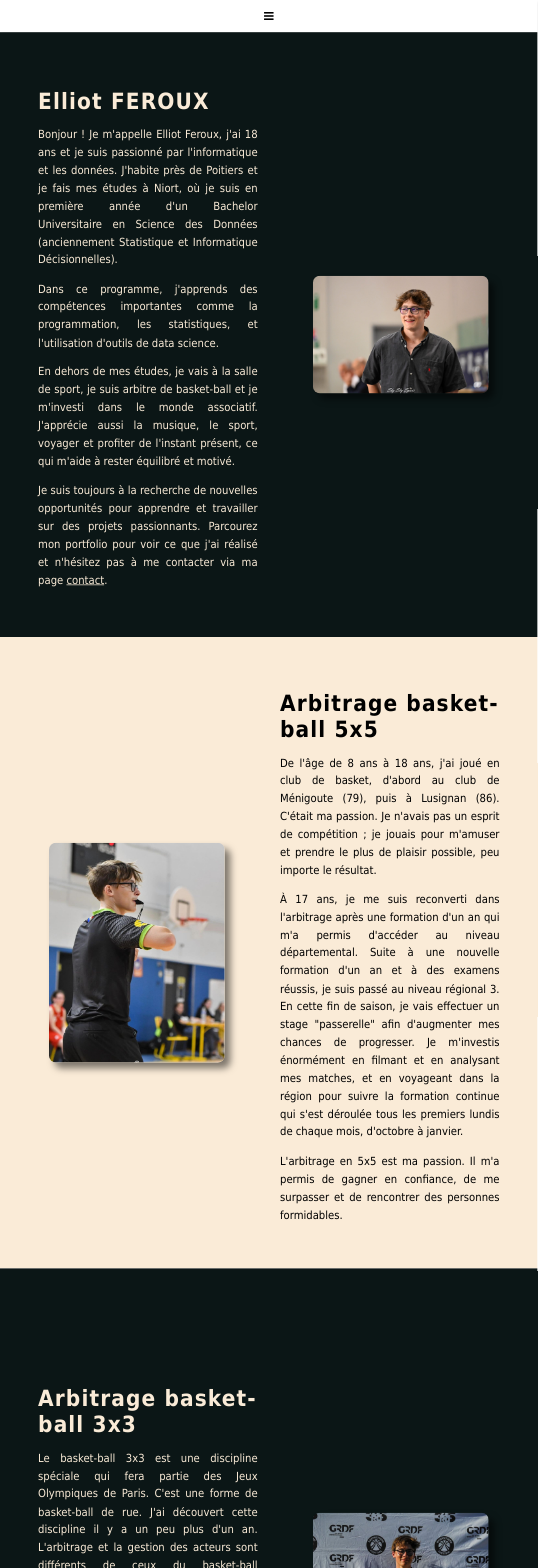
Repository: elliotfx/elliotfx.github.io
Page: html/apropos.html
These files come from the project's save history. The page is drawn as it stood at one moment and after the next save; the edit follows.
The browser window is 768 px wide. The pictures show the part of the page from y = 0 to 2240 px (the page is 5291 px tall before and 5230 px after), at 70% of full size.
A picture or video elsewhere on the page could not be fetched, so the positions and the page height are approximate.

Above is the page before, as saved 2025-03-20 14:02:32.

### html/apropos.html
<!doctype html>
<html lang="fr">
<head>
  <meta charset="UTF-8">
  <meta name="viewport" content="width=device-width, initial-scale=1.0">
  <meta name="author" content="Elliot FEROUX">
  <meta name="description" content="Portfolio de Elliot FEROUX">
  <title>Mes Projets (Portfolio Elliot FEROUX)</title>
  <link rel="stylesheet" type="text/css" href="./../css/apropos.css" media="screen">
  <link rel="preconnect" href="https://fonts.googleapis.com">
  <link rel="preconnect" href="https://fonts.gstatic.com" crossorigin>
  <link href="https://fonts.googleapis.com/css2?family=Kanit:ital,wght@0,100;0,200;0,300;0,400;0,500;0,600;0,700;0,800&display=swap" rel="stylesheet">
  <link rel="stylesheet" href="../css/font-awesome-4.7.0/css/font-awesome.min.css">
  <link rel="shortcut icon" href="SD.png" type="image/x-icon">
  <script src="../JS/script_projets.js"></script>
</head>
<body>
  <header>
    <div class="navbar" id="nav">
      <div class="burger-container">
        <i class="fa fa-bars iconeburger" aria-hidden="true"></i>
      </div>
      <ul class="navbar-menu">
        <li class="link-nav-underline"><a href="bilan.html">BILAN PERSONNEL</a></li>
        <li class="link-nav-underline-projet"><a href="projets.html">PROJETS</a></li>
        <li class="logo">
          <a href="https://iutp.univ-poitiers.fr/sd/" target="_blank">
            <img src="./../Images/SD.png" alt="Logo BUT Sciences des Données">
          </a>
        </li>
        <li class="link-nav-underline"><a href="apropos.html">A PROPOS</a></li>
        <li class="link-nav-underline"><a href="contact.html">CONTACT</a></li>
      </ul>
    </div>

    <div id="burgerbar">
      <a href="https://iutp.univ-poitiers.fr/sd/" target="_blank">
        <img src="./../Images/SD.png" alt="Logo BUT Sciences des Données" class="logo-burger">
      </a>
      <i class="fa fa-times iconeburgerclose" aria-hidden="true"></i>
      <ul class="burger-menu-list">
        <li class="link-nav-underline"><a href="bilan.html">BILAN PERSONNEL</a></li><br>
        <li class="link-nav-underline"><a href="projets1.html">PROJETS</a></li><br>
        <li class="link-nav-underline"><a href="apropos.html">A PROPOS</a></li><br>
        <li class="link-nav-underline"><a href="contact.html">CONTACT</a></li>
      </ul>
    </div>
  </header>

  <main>
    <!-- Section 1 : Texte à gauche, image à droite -->
    <section class="section noir">
      <div class="container">
        <div class="text-block">
          <h2 class="title">Elliot FEROUX</h2>
          <div class="contenu">
            <p>Bonjour ! Je m'appelle Elliot Feroux, j'ai 18 ans et je suis passionné par l'informatique et les données. J'habite près de Poitiers et je fais mes études à Niort, où je suis en première année d'un Bachelor Universitaire en Science des Données (anciennement Statistique et Informatique Décisionnelles).</p>
            <p>Dans ce programme, j'apprends des compétences importantes comme la programmation, les statistiques, et l'utilisation d'outils de data science.</p>
            <p>En dehors de mes études, je vais à la salle de sport, je suis arbitre de basket-ball et je m'investi dans le monde associatif. J'apprécie aussi la musique, le sport, voyager et profiter de l'instant présent, ce qui m'aide à rester équilibré et motivé.</p>
            <p>Je suis toujours à la recherche de nouvelles opportunités pour apprendre et travailler sur des projets passionnants. Parcourez mon portfolio pour voir ce que j'ai réalisé et n'hésitez pas à me contacter via ma page <a href="contact.html" class="liens">contact</a>.</p>
          </div>
        </div>
        <div class="image-block">
          <img src="./../Images/photo2.JPG" alt="Photo de Elliot FEROUX">
        </div>
      </div>
    </section>

    <!-- Section 2 : Texte à droite, image à gauche (inversion automatique) -->
    <section class="section blanc">
      <div class="container">
        <div class="text-block">
          <h2 class="title">Arbitrage basket-ball 5x5</h2>
          <div class="contenu">
            <p>De l'âge de 8 ans à 18 ans, j'ai joué en club de basket, d'abord au club de Ménigoute (79), puis à Lusignan (86). C'était ma passion. Je n'avais pas un esprit de compétition ; je jouais pour m'amuser et prendre le plus de plaisir possible, peu importe le résultat.</p>
            <p>À 17 ans, je me suis reconverti dans l'arbitrage après une formation d'un an qui m'a permis d'accéder au niveau départemental. Suite à une nouvelle formation d'un an et à des examens réussis, je suis passé au niveau régional 3. En cette fin de saison, je vais effectuer un stage "passerelle" afin d'augmenter mes chances de progresser. Je m'investis énormément en filmant et en analysant mes matches, et en voyageant dans la région pour suivre la formation continue qui s'est déroulée tous les premiers lundis de chaque mois, d'octobre à janvier.</p>
            <p>L'arbitrage en 5x5 est ma passion. Il m'a permis de gagner en confiance, de me surpasser et de rencontrer des personnes formidables.</p>
          </div>
        </div>
        <div class="image-block">
          <img src="./../Images/55.JPEG" alt="Photo de Elliot FEROUX arbitre">
        </div>
      </div>
    </section>

    <!-- Section 3 : Texte à gauche, image à droite -->
    <section class="section noir">
      <div class="container">
        <div class="text-block">
          <h2 class="title">Arbitrage basket-ball 3x3</h2>
          <div class="contenu">
            <p>Le basket-ball 3x3 est une discipline spéciale qui fera partie des Jeux Olympiques de Paris. C'est une forme de basket-ball de rue. J'ai découvert cette discipline il y a un peu plus d'un an. L'arbitrage et la gestion des acteurs sont différents de ceux du basket-ball traditionnel.</p>
            <p>Depuis, j'ai arbitré lors de nombreux tournois, tels que les <a href="http://ffse.fr/nos-actions/jeux/europeeens/#:~:text=LES%20JEUX%20EUROP%C3%89ENS,-Les%20Jeux%20Europ%C3%A9ens&text=Cette%20grande%20f%C3%AAte%20du%20sport,14%20au%2018%20juin%202023." class="liens">Jeux Européens Inter-Entreprises de Bordeaux</a>, <a href="https://www.poitevins.fr/urbanpb#:~:text=Urban%20PB%20est%20un%20tournoi,qualification%20entre%20avril%20et%20juin." class="liens">l'Urban PB de Poitiers</a>, ou encore le <a href="https://play.fiba3x3.com/events/dfd86fbb-793f-4384-a0a0-58e7211858ba?fbclid=IwAR3QWv89srzKISg9u5xH8Kk9xjBphCmSoV1SZCdJkw5wBuWZTOqwaH6c468" class="liens">Tournoi International du Grand Cognac</a>. Cette discipline me passionne tout autant, car elle me permet de voyager davantage, de profiter du basket en plein air, et même de découvrir de nouveaux horizons.</p>
          </div>
        </div>
        <div class="image-block">
          <img src="./../Images/PB.JPEG" alt="Photo de Elliot FEROUX">
        </div>
      </div>
    </section>

    <!-- Section 4 : Texte à droite, image à gauche -->
    <section class="section blanc">
      <div class="container">
        <div class="text-block">
          <h2 class="title">Bénévolat - Mélusik</h2>
          <div class="contenu">
            <p>Mes parents m'ont toujours immergé dans la musique, mon père étant guitariste et ma mère accordéoniste et chanteuse. Personnellement, je me contente d'écouter de la musique. Ils ont toujours été bénévoles dans une association musicale, et depuis deux ans, je le suis également. Lors de l'édition 2023, j'étais bénévole à la restauration, où je préparais les sandwiches et m'occupais de la logistique en arrière-plan. Je n'ai pas vraiment apprécié cette tâche car il n'y avait pas de contact avec les clients et je ne pouvais pas profiter de la musique.</p>
            <p>Cette année, j'ai été à l'accueil, en charge de servir les clients en jetons, de gérer les retours de caution, et de répondre à toutes les questions des festivaliers. J'ai beaucoup aimé ce poste car il impliquait beaucoup de contact avec les clients, la gestion d'argent, et des responsabilités. De plus, cela m'a permis de travailler sur ma confiance en moi et de veiller à ce que les festivaliers aient une bonne impression du festival dès leur arrivée.</p>
          </div>
        </div>
        <div class="image-block">
          <img src="./../Images/melu.jpeg" alt="Festival Mélusik affiche">
        </div>
      </div>
    </section>

    <!-- Section 5 : Texte à gauche, image à droite -->
    <section class="section noir">
      <div class="container">
        <div class="text-block">
          <h2 class="title">Arbitrage Universitaire</h2>
          <div class="contenu">
            <p>Depuis le début de l'année universitaire 2024 - 2025, j'arbitre à l'université, je me rends souvent à Poitiers le jeudi après-midi afin d'arbitrer des matchs au niveau Académique et Inter-Académique. J'ai nottament pu arbitrer la finale inter-académique avec les équipes de l'ENSMA - Chasseneuil, Toulon et La Rochelle.</p>
            <p>Les matchs Inter-Université me permettent de prendre de l'expérience car on y retrouve des joueurs de plus ou moins haut niveau. J'arbitre actuellement en Régional 3 et je peux me retrouver à arbitrer des joueurs de niveau Régionale 1 voire Nationale 3. C'est toujours de l'expérience à prendre et je m'épanouis énormément. Cela me permet de pratiquer d'autant plus ma passion.</p>
          </div>
        </div>
        <div class="image-block">
          <img src="./../Images/univ.png" alt="Arbitrage Universitaire">
        </div>
      </div>
    </section>

    <section class="section blanc">
        <div class="container">
          <div class="text-block">
            <h2 class="title">Ecole d'arbitrage</h2>
            <div class="contenu">
                <p>Depuis le début de l'année universitaire 2024-2025, je m'investis activement dans l'école d'arbitrage de mon club de Basket, Chauray. Je m'occupe de préparer des séances théoriques <a href="./../Images/ecolearb.pdf" target="_blank" class="liens">(cf pdf pour un exemple de séance).</a> Nous nous servons de matchs de jeunes afin de les accompagner dans leur évolution. Si possible, nous pouvons les suivre dans leurs matchs "officiels", afin de leur donner plus de conseils.</p>
                <p>J'aime réellement former, cela me permet de partager ma passion, transmettre mes connaissances et de gagner en maturité. Cela m'apporte beaucoup.</p>
            </div>
          </div>
          <div class="image-block">
            <img src="./../Images/ecole.JPG" alt="ecole">
          </div>
        </div>
      </section>
  </main>
</body>
</html>

### css/apropos.css
@import "navbar_stylesheet.css";

body {
  margin: 0;
  padding: 0;
  font-family: 'Tahoma', sans-serif;
}

/* Style de base pour chaque section */
.section {
  min-height: 100vh;
  display: flex;
  align-items: center;
  justify-content: center;
  padding: 2rem 0;
}

/* Fond sombre et texte clair */
.section.noir {
  background-color: #0B1616;
  color: antiquewhite;
}

/* Fond clair et texte foncé */
.section.blanc {
  background-color: antiquewhite;
  color: #000;
}

/* Container central en flex */
.container {
  width: 90%;
  max-width: 1200px;
  display: flex;
  flex-direction: row;
  align-items: center;
  justify-content: space-between;
  gap: 2rem;
  margin: auto;
}

/* Inversion de l'ordre pour les sections paires */
.section:nth-of-type(even) .container {
  flex-direction: row-reverse;
}

/* Bloc de texte */
.text-block {
  width: 50%;
  padding: 1rem;
}

/* Style du titre */
.title {
  font-weight: bold;
  letter-spacing: 0.05em;
  font-size: 2em;
  margin-bottom: 1rem;
}

/* Bloc image */
.image-block {
  width: 50%;
  display: flex;
  align-items: center;
  justify-content: center;
}

.image-block img {
  width: 80%;
  height: auto;
  border-radius: 10px;
  box-shadow: 8px 8px 10px 0 rgba(0, 0, 0, 0.5);
}

/* Style des liens */
a {
  color: inherit;
}

/* Mise en forme du contenu textuel */
.contenu p {
  text-align: justify;
  line-height: 1.6;
}

.liens{
    text-decoration: underline;
}

@media screen and (max-width: 900px) {
    .image-block{
        display: hide;
    }
}

### css/navbar_stylesheet.css
html,
body {
    overflow-x: hidden;
}

ul {
    list-style-type: none;
    padding: 0;
    margin: 0;
}

header {
    background-color: #ffffff;
    box-shadow: 3px 3px 4px rgba(205, 205, 205, 0.5);
    display: flex;
    justify-content: center;
    align-items: center;
    padding: 15px;
    z-index: 2000;
}

.navbar {
    width: 100%;
    display: flex;
    justify-content: center;
    align-items: center;
}

/* Modification principale pour répartir équitablement les éléments */
.navbar-menu {
    display: flex;
    justify-content: space-around;
    align-items: center;
    width: 100%;
}

.logo img {
    width: 50px;
    height: 50px;
}

/* Effet souligné au survol */
.link-nav-underline, .link-nav-underline-projet {
    display: inline-block;
    position: relative;
    text-decoration: none;
    color: inherit;
}

.link-nav-underline::after,
.link-nav-underline-projet::after {
    content: "";
    display: block;
    position: absolute;
    bottom: 0;
    left: 0;
    width: 100%;
    height: 2px;
    background: #000;
    transform: scaleX(0);
    transition: transform 0.2s ease-in-out;
    transform-origin: left;
}

.link-nav-underline:hover::after,
.link-nav-underline-projet:hover::after {
    transform: scaleX(1);
}

/* Style du menu burger */
.burger-container {
    display: none;
    cursor: pointer;
}

#burgerbar {
    height: 100vh;
    width: 50%;
    background-color: #fff;
    position: fixed;
    top: 0;
    left: -100%;
    display: flex;
    flex-direction: column;
    align-items: center;
    justify-content: center;
    z-index: 3000;
    transition: left 0.3s ease-in-out;
    padding: 20px;
    box-shadow: 2px 0 5px rgba(0, 0, 0, 0.5);
}

/* Responsive pour mobiles */
@media screen and (max-width: 900px) {
    .navbar-menu {
        display: none;
    }

    .burger-container {
        display: flex;
    }

    .burger-menu-list {
        display: block;
        text-align: center;
    }

    .burger-menu-list li {
        margin: 15px 0;
    }
}


a{
    color: inherit;
    text-decoration: none;
}

.logo-burger{
    width: 50px;
    height: 50px;
}

Loaded but not shown: css/font-awesome-4.7.0/css/font-awesome.min.css (library); JS/script_projets.js (no copy from this time; the picture is the same without it)

After the next save:
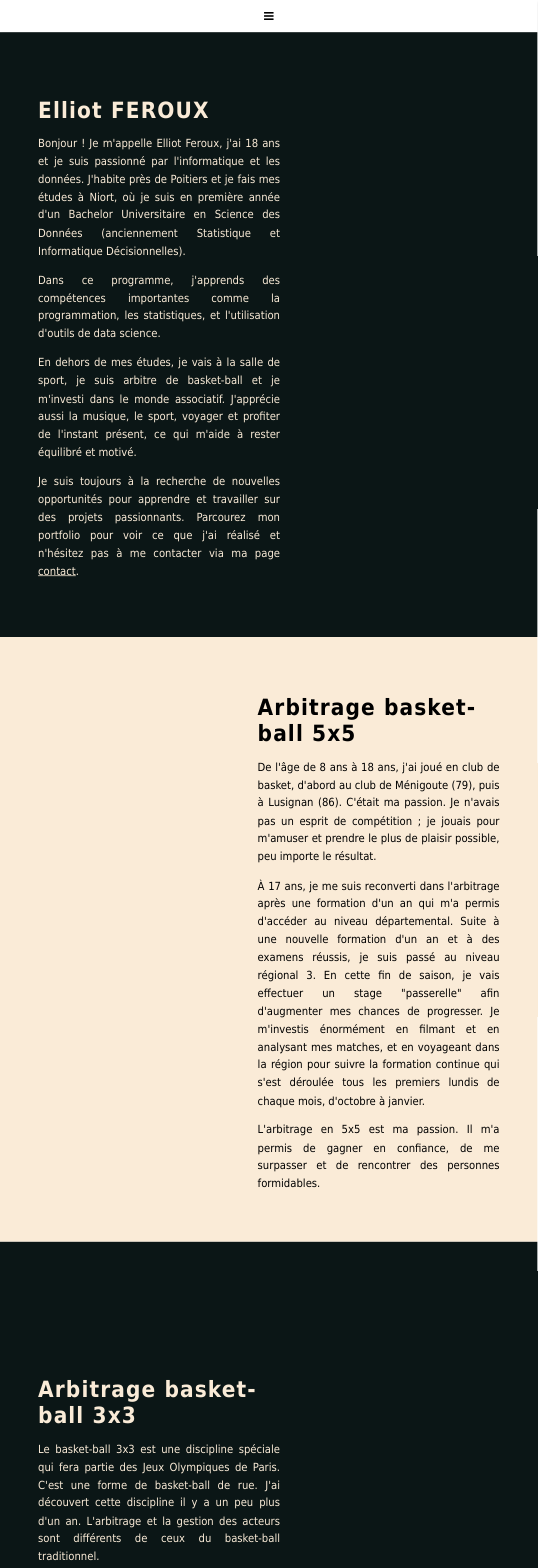
Saved 5 h 10 min later.
--- a/css/apropos.css
+++ b/css/apropos.css
@@ -90,6 +90,6 @@
 
 @media screen and (max-width: 900px) {
     .image-block{
-        display: hide;
+        display: none;
     }
 }
